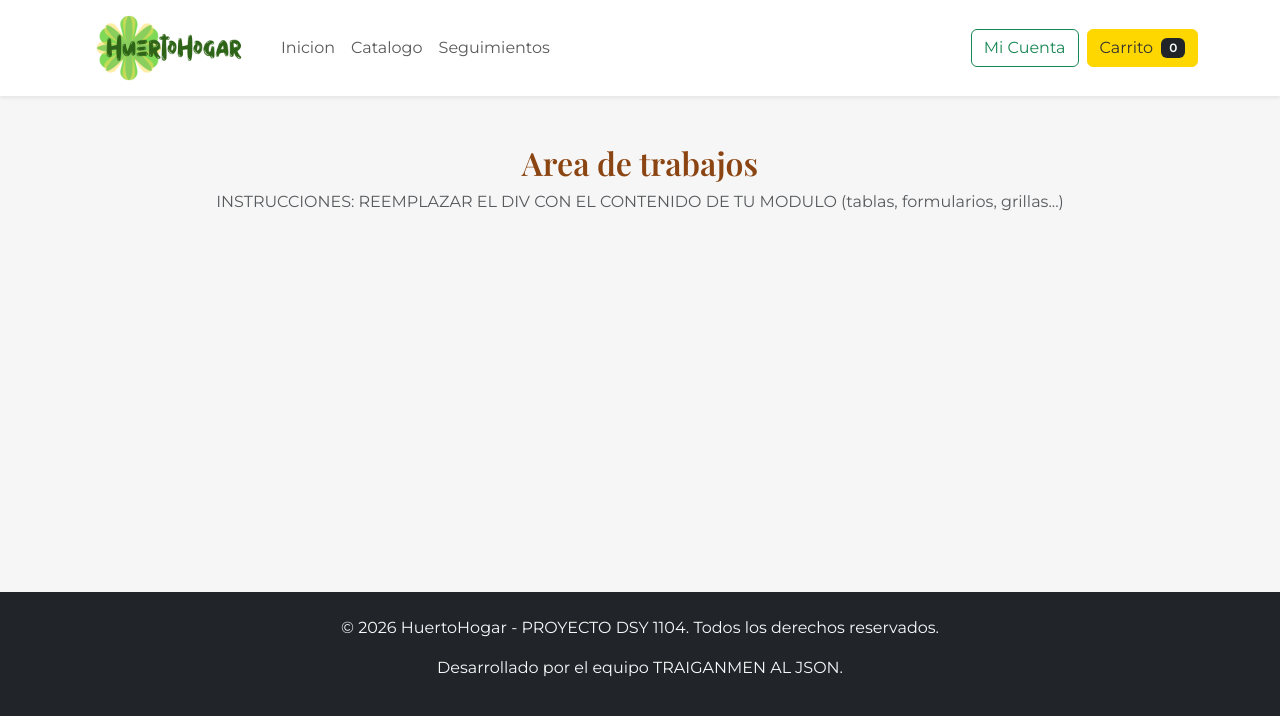
Repository: RottZen/Ev_1_Huerto_Hogar
Page: 7_comunes/plantilla.html
An editor plug-in stored every save of this project. The page is shown before and after the next save, followed by the edit.
The browser window is 1280 px wide. The pictures show the whole page.

Above is the page before, as saved 2026-09-08 17:05:58.

### 7_comunes/plantilla.html
<!DOCTYPE html>
<html lang="es">
<head>
    <meta charset="UTF-8">
    <meta name="viewport" content="width=device-width, initial-scale=1.0">
    <title>Plantilla Base - HuertoHogar</title>
    <link href="https://cdn.jsdelivr.net/npm/bootstrap@5.3.2/dist/css/bootstrap.min.css" rel="stylesheet">
    <link href="https://fonts.googleapis.com/css2?family=Montserrat:wght@400;600&family=Playfair+Display:wght@600;700&display=swap" rel="stylesheet">
    <link rel="stylesheet" href="../7_comunes/global.css">

</head>
<body class="d-flex flex-column min-vh-100">
    <!-- menu de navegacion -->
    <header>
        <nav class="navbar navbar-expand-lg navbar-light bg-white shadow-sm">
            <div class="container">
                <a class="navbar-brand" href="../1_inicio/index.HTML">
                    <img src="../assets/img/logo.png" alt="Logo HuertoHogar" class="logo-header d-inline-block align-text-center">
                </a>
                <button class="navbar-toggler" type="button" data-bs-toggle="collapse" data-bs-target="#menuNavegacion">
                    <span class="navbar-toggler-icon"></span>
                </button>

                <div class="collapse navbar-collapse" id="menuNavegacion">
                    <ul class="navbar-nav me-auto mb-2 mb-lg-0">
                        <li class="nav-item"><a class="nav-link" href="../1_inicio/index.html">Inicion</a></li>
                        <li class="nav-item"><a class="nav-link" href="../2_catalogo/catalogo.html">Catalogo</a></li>
                        <li class="nav-item"><a class="nav-link" href="../6_seguimiento/rastreo.html">Seguimientos</a></li>
                    </ul>
                    <div class="d-flex gap-2">
                        <a href="../4_autenticacion/registro.html" class="btn btn-outline-success">Mi Cuenta</a>
                        <!-- boton del carrito de compras con contador dinamico js KU -->
                        <a href="../3_carrito/carrito.html" class="btn btn-warning">
                            Carrito <span class="badge bg-dark ms-1" id="contador-carrito">0</span>
                        </a>
                    </div>
                </div>
            </div>
        </nav>
    </header>

    <!-- MAIN CONTENEDOR DINAMICO -->
    <main class="container my-5 flex-grow-1">
        <div class="text-center text-muted p5 border-dashed rounded">
            <h2>Area de trabajos</h2>
            <p>INSTRUCCIONES: REEMPLAZAR EL DIV CON EL CONTENIDO DE TU MODULO (tablas, formularios, grillas...)</p>
        </div>

    </main>
    <footer class="bg-dark text-light py-4 mt-auto">
        <div class="container text-center">
            <p>&copy; 2026 HuertoHogar - PROYECTO DSY 1104. Todos los derechos reservados.</p>
            <p>Desarrollado por el equipo TRAIGANMEN AL JSON.</p>
        </div>
    </footer>
    <script src="https://cdn.jsdelivr.net/npm/bootstrap@5.3.2/dist/js/bootstrap.bundle.min.js"></script>
    <script src="../7_comunes/datos.js"></script>





</body>
</html>

### 7_comunes/global.css
/* tipografia */
@import url('https://fonts.googleapis.com/css2?family=Montserrat:wght@400;600&family=Playfair+Display:wght@600;700&display=swap');

/* variable colores of */
:root{
    --blanco-suave: #f6f6f6;
    --verde-esmeralda: #2e8b57;
    --amarillo-mostaza: #ffd700;
    --marron-claro: #8B4513;
    --gris-oscuro: #333333;
    --gris-medio: #666666;

}
.logo-header{
    height: 70px;
    width: auto;
    object-fit: contain;

}

/* configuracion base */
body{
    background-color: var(--blanco-suave);
    color : var(--gris-oscuro);
    font-family: 'Montserrat', sans-serif;
}

h1, h2, h3, h4{
    font-family: 'Playfair Display', serif;
    color: var(--marron-claro)
}


/* sobreescribir botones feos de bootstrap */

.btn-primary{
    background-color: var(--verde-esmeralda) !important;
    border-color: var(--verde-esmeralda) !important;
    color: white !important;
}
.btn-primary:hover{
    background-color: #246b43 !important; /*mas oscurito pa q se note la interaccion */
    border-color: #246b43 !important;
}
.btn-warning{
    background-color: var(--amarillo-mostaza) !important;
    border-color: var(--amarillo-mostaza) !important;
    color: var(--gris-oscuro) !important;
}

### 7_comunes/datos.js
const productos = [
    {
        "Codigo": "FR001",
        "nombre": "Manzanas fuji",
        "categoria": "frutas",
        "precio": 1200,
        "unidad": "kg",
        "imagen": "../img/manzanas-fuji.jpg",
        "descripcion": "Jugosas y ricas en vitamina C, ideales para zumos frescos y refrescantes.",
        "origen": "Chile",
        "stock": 200
    },
    {
        "Codigo": "FR002",
        "nombre": "Naranjas Valencia",
        "categoria": "frutas",
        "precio": 1000,
        "unidad": "kg",
        "imagen": "../img/naranjas-valencia.jpg",
        "descripcion": "Jugosas y ricas en vitamina C, ideales para zumos frescos y refrescantes.",
        "origen": "Chile",
        "stock": 200
    },
    {
        "Codigo": "FR003",
        "nombre": "Plátanos Cavendish",
        "categoria": "frutas",
        "precio": 800,
        "unidad": "kg",
        "imagen": "../img/platanos-cavendish.jpg",
        "descripcion": "Plátanos maduros y dulces, perfectos para el desayuno o como snack energético.",
        "origen": "Chile",
        "stock": 250
    },
    {
        "Codigo": "VR001",
        "nombre": "Zanahorias Orgánicas",
        "categoria": "verduras",
        "precio": 900,
        "unidad": "kg",
        "imagen": "../img/zanahorias-organicas.jpg",
        "descripcion": "Zanahorias crujientes cultivadas sin pesticidas. Excelente fuente de vitamina A y fibra.",
        "origen": "Región de O'Higgins",
        "stock": 100
    },
    {
        "Codigo": "VR002",
        "nombre": "Espinacas Frescas",
        "categoria": "verduras",
        "precio": 700,
        "unidad": "bolsa 500g",
        "imagen": "../img/espinacas-frescas.jpg",
        "descripcion": "Espinacas frescas y nutritivas, perfectas para ensaladas y batidos verdes.",
        "origen": "Chile",
        "stock": 80
    },
    {
        "Codigo": "VR003",
        "nombre": "Pimientos Tricolores",
        "categoria": "verduras",
        "precio": 1500,
        "unidad": "kg",
        "imagen": "../img/pimientos-tricolores.jpg",
        "descripcion": "Pimientos rojos, amarillos y verdes, ideales para salteados y platos coloridos.",
        "origen": "Chile",
        "stock": 120
    },
    {
        "Codigo": "PO001",
        "nombre": "Miel Orgánica",
        "categoria": "organicos",
        "precio": 5000,
        "unidad": "frasco 500g",
        "imagen": "../img/miel-organica.jpg",
        "descripcion": "Miel pura y orgánica producida por apicultores locales. Rica en antioxidantes y con un sabor inigualable.",
        "origen": "Región de La Araucanía",
        "stock": 50
    },
    {
        "Codigo": "PO003",
        "nombre": "Quinua Orgánica",
        "categoria": "organicos",
        "precio": 3200,
        "unidad": "bolsa 1kg",
        "imagen": "../img/quinua-organica.jpg",
        "descripcion": "Quinua orgánica, alta en proteínas y libre de gluten, ideal para una alimentación saludable.",
        "origen": "Chile",
        "stock": 35
    },
    {
        "Codigo": "PL001",
        "nombre": "Leche Entera",
        "categoria": "lacteos",
        "precio": 1100,
        "unidad": "litro",
        "imagen": "../img/leche-entera.jpg",
        "descripcion": "Leche entera proveniente de granjas locales, rica en calcio y nutrientes esenciales.",
        "origen": "Chile",
        "stock": 90
    }
];


function obtenerCarrito() {
    const carritoGuardado = localStorage.getItem("carritoHuertoHogar");
    return carritoGuardado ? JSON.parse(carritoGuardado) : [];
}

function guardarCarrito(carrito) {
    localStorage.setItem("carritoHuertoHogar",JSON.stringify(carrito));
    actualizarContadorCarrito()
}

function agregarAlCarrito(codProducto,cantidad = 1) {
    const producto = productos.find(p => p.Codigo == codProducto);
    if (!producto){
        console.error("Producto no encontrado");
        return;
    }
    const carrito = obtenerCarrito();
    const itemExistente = carrito.find(item => item.Codigo == codProducto);
    if (itemExistente) {
        itemExistente.cantidad += cantidad;
    } else {
        carrito.push({
            "Codigo" : producto.Codigo,
            "nombre" : producto.nombre,
            "precio" : producto.precio,
            "imagen" : producto.imagen,
            "cantidad" : cantidad
        });
    }
    guardarCarrito(carrito)
}

function eliminarDelCarrito(codProducto) {
    let carrito = obtenerCarrito();
    carrito = carrito.filter(item => item.Codigo !== codProducto);
    guardarCarrito(carrito);
    renderizarCarrito();
}

function actualizarCantidad(codProducto, nuevaCantidad) {
    const carrito = obtenerCarrito();
    const item = carrito.find(item => item.Codigo === codProducto);

    if (item && nuevaCantidad > 0) {
        item.cantidad = nuevaCantidad;
        guardarCarrito(carrito);
        renderizarCarrito();
    }
}

function calcularTotalCarrito() {
    const carrito = obtenerCarrito();
    return carrito.reduce((total, item) => total + (item.precio * item.cantidad), 0);
}

function actualizarContadorCarrito() {
    const contador = document.querySelector("#contador-carrito");
    if (!contador) {
        return;
    }
    const carrito = obtenerCarrito();
    const productostotales = carrito.reduce((total, item) => total + item.cantidad, 0);
    contador.textContent = productostotales;
}

function renderizarProductos(listaProductos = productos) {
    const contenedor = document.querySelector(".grid-productos");
    if (!contenedor) return;

    contenedor.innerHTML = "";

    listaProductos.forEach(producto => {
        const tarjeta = document.createElement("article");
        tarjeta.classList.add("tarjeta-producto");
        tarjeta.innerHTML = `
            <img src="${producto.imagen}" alt="${producto.nombre}">
            <h3>${producto.nombre}</h3>
            <p class="origen">${producto.origen}</p>
            <p class="precio">$${producto.precio.toLocaleString("es-CL")} / ${producto.unidad}</p>
            <button class="btn" onclick="agregarAlCarrito('${producto.Codigo}')">Agregar al carrito</button>
        `;
        contenedor.appendChild(tarjeta);
    });
}

function filtrarPorCategoria(categoria) {
    if (categoria === "todos") {
        renderizarProductos(productos);
    } else {
        const filtrados = productos.filter(p => p.categoria === categoria);
        renderizarProductos(filtrados);
    }
}

// Dibuja el contenido del carrito en carrito.html
function renderizarCarrito() {
    const contenedor = document.querySelector("#tabla-carrito");
    if (!contenedor) return;

    const carrito = obtenerCarrito();
    contenedor.innerHTML = "";

    if (carrito.length === 0) {
        contenedor.innerHTML = '<tr><td colspan="5" class="text-center py-4 text-muted">El carrito está vacío</td></tr>';
    } else {
        carrito.forEach(item => {
            const fila = document.createElement("tr");
            fila.classList.add("item-carrito");
            fila.innerHTML = `
                <td class="d-flex align-items-center">
                    <img src="${item.imagen}" alt="${item.nombre}" style="width : 50px; height: 50px; object-fit: cover;" class= "rounded me-2">
                    <span>${item.nombre}</span>
                </td>
                <td>$${item.precio.toLocaleString("es-CL")}</td>
                <td>
                    <input type="number" class="form-control form-control-sm" style="width: 70px;" min="1" value="${item.cantidad}"
                        onchange="actualizarCantidad('${item.Codigo}', parseInt(this.value))">

                </td>
                <td>
                    <span class="fw-bold text-success ms-2">
                    $${(item.precio * item.cantidad).toLocaleString("es-CL")}</span>
                </td>
                <td>
                    <button class="btn btn-danger btn-sm" onclick="eliminarDelCarrito('${item.Codigo}')">Eliminar</button>
                </td>
                `;
                contenedor.appendChild(fila);
            });
        }

    const totalElemento = document.querySelector("#total-carrito");
    const subtotalElemento = document.querySelector("#subtotal-carrito");

    if (totalElemento && subtotalElemento) {
        const totalCalculado = calcularTotalCarrito().toLocaleString("es-CL");
        subtotalElemento.textContent = `Subtotal: $${totalCalculado} CLP`;
        totalElemento.textContent = `Total: $${calcularTotalCarrito().toLocaleString("es-CL")}`;
    }
}

document.addEventListener("DOMContentLoaded", () => {
    actualizarContadorCarrito();
    renderizarProductos();
    renderizarCarrito();
})

After the next save:
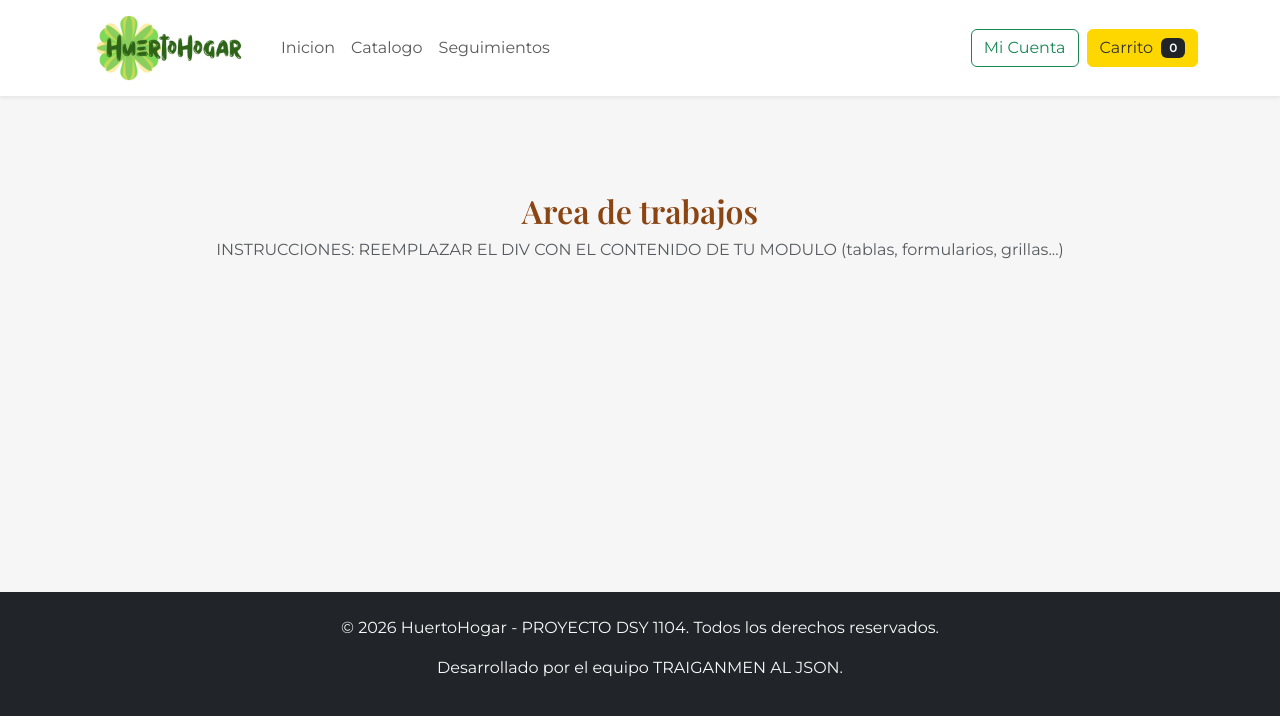
Saved 27 s later.
--- a/7_comunes/plantilla.html
+++ b/7_comunes/plantilla.html
@@ -41,7 +41,7 @@
 
     <!-- MAIN CONTENEDOR DINAMICO -->
     <main class="container my-5 flex-grow-1">
-        <div class="text-center text-muted p5 border-dashed rounded">
+        <div class="text-center text-muted p-5 border-dashed rounded">
             <h2>Area de trabajos</h2>
             <p>INSTRUCCIONES: REEMPLAZAR EL DIV CON EL CONTENIDO DE TU MODULO (tablas, formularios, grillas...)</p>
         </div>
